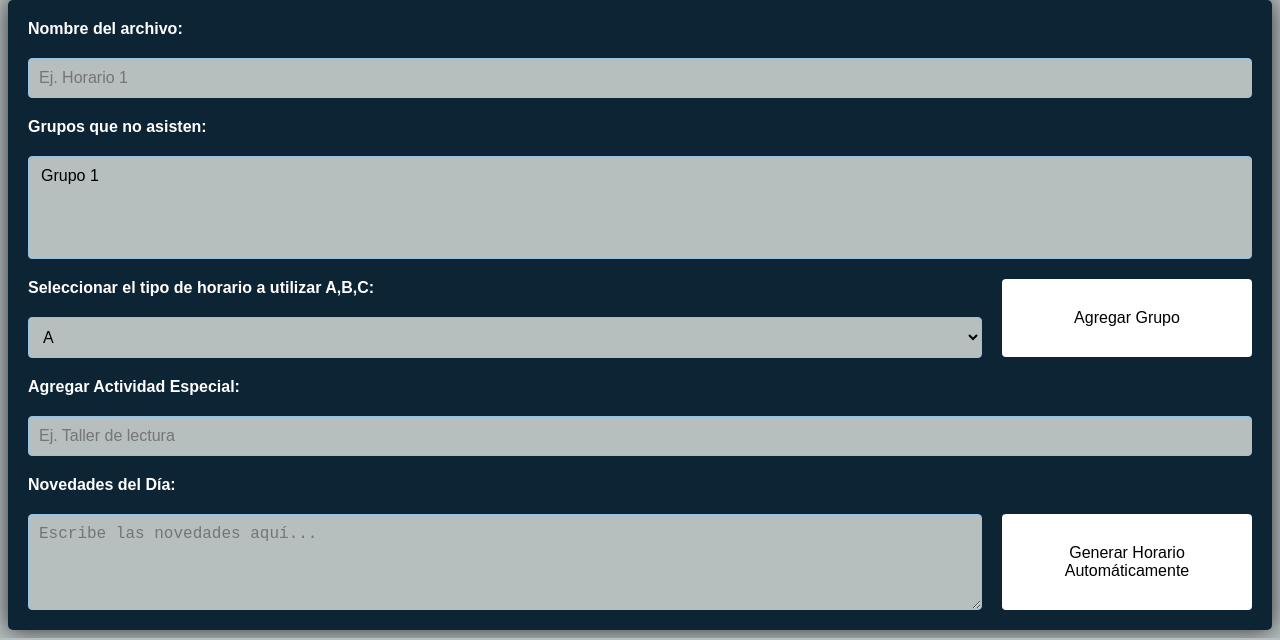
Repository: Shyk0/Zeitplan
Page: FormularioMaterias_page.html
The author's editor kept a copy of each file at every save. The page is drawn from the files as they stood at one save, then again after the next save.
The browser window is 1280 px wide. The pictures show the part of the page from y = 248 to 906 px (the page is 888 px tall before and 906 px after).

Above is the page before, as saved 2024-11-07 13:11:12.

### FormularioMaterias_page.html
<!DOCTYPE html>
<html lang="es">
<head>
    <meta charset="UTF-8">
    <meta name="viewport" content="width=device-width, initial-scale=1.0">
    <title>Formulario de Creación de Horarios</title>

    <link rel="stylesheet" href="styles/styles_formulario_page.css">
</head>
<body>
    <div class ="form-container-arriba"></div>

    <div class="form-container">
        <label for="nomArchivo">Nombre del archivo:</label>
        <input type="text" id="nomArchivo" placeholder="Ej. Horario 1">

        <label for="no-asisten">Grupos que no asisten:</label>
        <select id="no-asisten" multiple>
          <option value="grupo1">Grupo 1</option>
        </select>
        <div id="grupos-container">
            <!-- Contenedor donde se añadirán los nuevos grupos -->
            <label for="horario-ABC">Seleccionar el tipo de horario a utilizar A,B,C:</label>
            <select id="horario-ABC">
              <option value="A">A</option>
              <option value="B">B</option>
            </select>
        </div>

        <button id="agregar-grupo">Agregar Grupo</button>

        <label for="actividad-especial">Agregar Actividad Especial:</label>
        <input type="text" id="actividad-especial" placeholder="Ej. Taller de lectura">

        <label for="novedades">Novedades del Día:</label>
        <textarea id="novedades" rows="4" placeholder="Escribe las novedades aquí..."></textarea>

        <button id="generar-horario">Generar Horario Automáticamente</button>
    </div>

    <!-- Vista Previa -->
    <div class="preview-container" id="preview-container" style="display:none;">
        <h2>Vista Previa del Horario</h2>
        <div id="preview-content">
            <!-- Aquí se llenarán los datos del formulario para vista previa -->
        </div>
    </div>
    <!-- Scripts -->
    <script src="scripts/script_formulario_page.js"></script>
</body>
</html>

### styles/styles_formulario_page.css
:root{
    --color-backgroundForm: #0c2434;
    --color-input: #93c4e6;
    --color-background: #b6bebe;
}

/*Configuracion de letra*/
body {
    font-family: Arial, sans-serif;
    background-position: center;
    margin: 0, auto;
    padding: 0;
    color: #ffff;
    background-color: var(--color-background);
}

.form-container-arriba {
    background-image: url('../assets/Logo_app.svg'); /* direccion de imagen*/
    background-repeat: no-repeat; /*Para que no aparesca duplicada*/
    background-position: center;
    background-size: contain; /* para que solo sea del tamano del contenedor*/
    display: flex;
    flex-wrap: wrap;
    gap: 50px;
    justify-content: space-between;
    padding: 20px;
    max-width: 100%;
    min-height: 200px;
    margin: 0 auto;
}

.form-container {
    /*Ajustes para que el contenedor ocupe el espacio necesario*/
    display: flex;
    flex-wrap: wrap;
    gap: 20px;
    justify-content: space-between;
    padding: 20px;
    max-width: 97%;
    margin: 0 auto;
    border-radius: 5px;
    box-shadow: 0 6px 15px rgba(255, 255, 255, 0.1);
    background-color: var(--color-backgroundForm);
    /* Sombra para navegadores con prefijo -webkit- (Chrome, Safari, Opera, versiones antiguas) */
    -webkit-box-shadow: 0px 0px 23px 0px rgba(0,0,0,0.75);

    /* Sombra para navegadores con prefijo -moz- (Firefox, versiones antiguas) */
    -moz-box-shadow: 0px 0px 23px 0px rgba(0,0,0,0.75);

    /* Sombra para navegadores modernos, sin prefijos */
box-shadow: 0px 0px 23px 0px rgba(0,0,0,0.75);

}


.form-container label, .form-container select, .form-container input, .form-container textarea, .form-container button {
    flex: 75%;
    min-width: 200px;
    font-size: 16px;
}


label {
    font-weight: bold;
}

select, input, textarea {
    padding: 10px;
    border: 1px solid #93c4e6;
    border-radius: 4px;
    width: 100%;
    background: var(--color-background);
}

textarea {
    resize: vertical;
}

button {
    padding: 30px;
    background-color: white;
    border: none;
    border-radius: 4px;
    cursor: pointer;
    font-size: 16px;
    width: auto; /* Cambiado de 100% a auto para que no crezca demasiado */
    min-width: 200px;
    max-width: 250px;
    box-sizing: border-box;
    align-self: flex-start;
}

button:hover {
    background-color: #3498db;
}

/* Estilos para la vista previa */
.preview-container {
    margin: 20px auto;
    padding: 20px;
    max-width: 800px;
    background-color: #3498db;
    border-radius: 8px;
    box-shadow: 0 4px 10px rgba(0, 0, 0, 0.1);
}

.preview-container h2 {
    text-align: center;
    font-size: 22px;
    color: #3498db;
}

.preview-item {
    margin-bottom: 10px;
}

#grupos-container{
    display: flex;
    flex-wrap: wrap; /* Asegura que cada grupo esté en una nueva línea */
    gap: 20px; /* Espacio entre grupos */
    flex-grow: 1; /* Permite que el contenedor crezca, pero no el botón */
}

.boton-agregar {
    flex: 1 1 100%; /* Hace que el botón ocupe todo el ancho */
    display: flex; /* Permite alinear el botón en el centro */
    justify-content: center; /* Centra el botón */
}
.boton-dos {
    flex: 1 1 100%; /* Hace que el botón ocupe todo el ancho */
    display: flex; /* Permite alinear el botón en el centro */
    justify-content: center; /* Centra el botón */
}


@media (max-width: 600px) {
    /*Es para que se pueda visualizar en cualquier ancho de pantalla */
    .form-container {
        flex-direction: column;
    }
}

### scripts/script_formulario_page.js
document.addEventListener('DOMContentLoaded', function() {
    let grupoCounter = 1;

        function agregarGrupo() {
            grupoCounter++;
            const nuevoGrupoId = 'grupo' + grupoCounter;

            // Agrega un nuevo grupo al select 'no-asisten'
            const selectNoAsisten = document.getElementById('no-asisten');
            const newOption = document.createElement('option');
            newOption.value = nuevoGrupoId;
            newOption.text = 'Grupo ' + grupoCounter;
            selectNoAsisten.appendChild(newOption);

            // Crea un nuevo div con select de materias para el nuevo grupo
            const nuevoGrupoDiv = document.createElement('div');
            nuevoGrupoDiv.innerHTML = `
                <label for="materias-${nuevoGrupoId}">Materias para Grupo ${grupoCounter}:</label>
                <select id="materias-${nuevoGrupoId}">
                  <option value="matematicas">Matemáticas</option>
                  <option value="ciencias">Ciencias</option>
                </select>
            `;
            document.getElementById('grupos-container').appendChild(nuevoGrupoDiv);
            console.log("FUNCIONA SI FUNCIONA");
    }

        //Llamamos al evento desde aqui sin tener un "onClick" desde el HTML
        document.getElementById('agregar-grupo').addEventListener('click', agregarGrupo);
    // Función para actualizar la vista previa
    function actualizarVistaPrevia() {



        const actividadEspecial = document.getElementById('actividad-especial').value;
        const novedades = document.getElementById('novedades').value;

        const previewContent = document.getElementById('preview-content');
        previewContent.innerHTML = '';

        if (noAsisten.length > 0) {
            const noAsistenDiv = document.createElement('div');
            noAsistenDiv.classList.add('preview-item');
            noAsistenDiv.innerHTML = `<strong>Grupos que no asisten:</strong> ${noAsisten.join(', ')}`;
            previewContent.appendChild(noAsistenDiv);
        }

        for (let i = 1; i <= grupoCounter; i++) {
            const grupoId = 'grupo' + i;
            if (!noAsisten.includes(`Grupo ${i}`)) {
                const materiaGrupo = document.getElementById(`materias-${grupoId}`).value;
                const materiaDiv = document.createElement('div');
                materiaDiv.classList.add('preview-item');
                materiaDiv.innerHTML = `<strong>Materias para Grupo ${i}:</strong> ${materiaGrupo}`;
                previewContent.appendChild(materiaDiv);
            }
        }

        if (actividadEspecial) {
            const actividadDiv = document.createElement('div');
            actividadDiv.classList.add('preview-item');
            actividadDiv.innerHTML = `<strong>Actividad Especial:</strong> ${actividadEspecial}`;
            previewContent.appendChild(actividadDiv);
        }

        if (novedades) {
            const novedadesDiv = document.createElement('div');
            novedadesDiv.classList.add('preview-item');
            novedadesDiv.innerHTML = `<strong>Novedades del Día:</strong> ${novedades}`;
            previewContent.appendChild(novedadesDiv);
        }

        document.getElementById('preview-container').style.display = 'block';
    }

    // Función para deshabilitar materias si el grupo no asiste
    function actualizarMaterias() {
        const noAsisten = Array.from(document.getElementById('no-asisten').selectedOptions).map(option => option.value);

        for (let i = 1; i <= grupoCounter; i++) {
            const grupoId = 'materias-grupo' + i;
            const grupoMaterias = document.getElementById(grupoId);

            if (grupoMaterias) {
                if (noAsisten.includes('grupo' + i)) {
                    grupoMaterias.disabled = true;
                } else {
                    grupoMaterias.disabled = false;
                }
            }
        }
    }

    // Inicializar Select2 para el campo de selección múltiple

    });

After the next save:
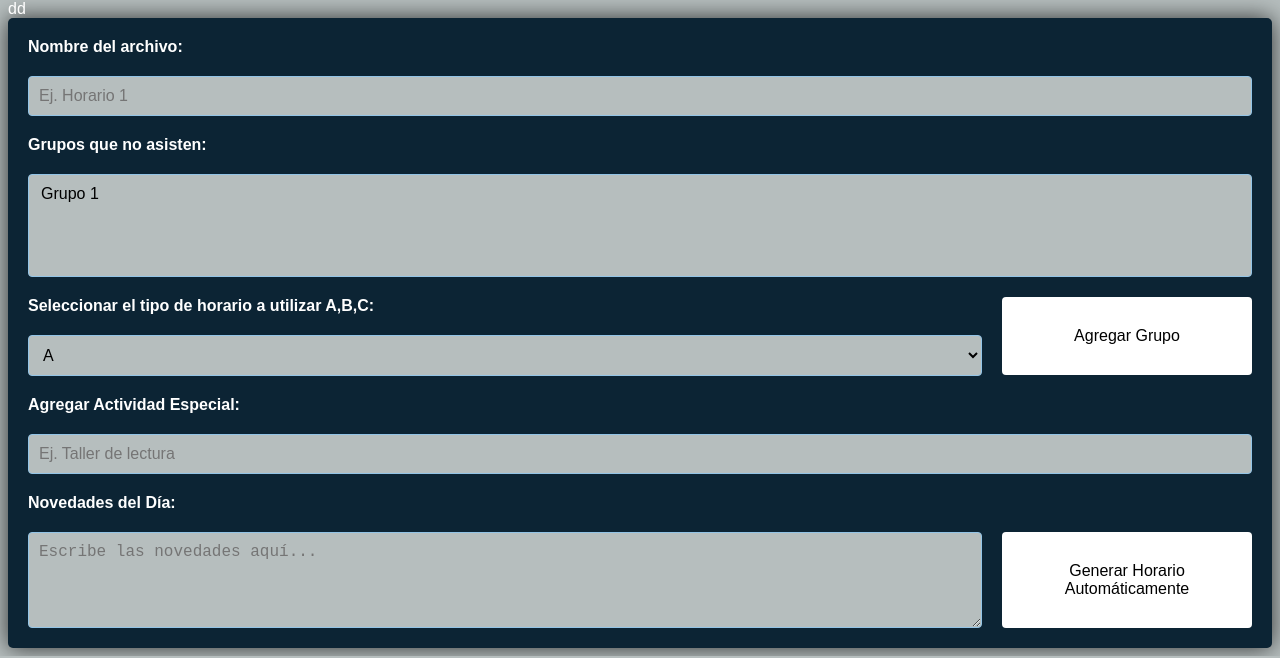
Saved 4 min 34 s later.
--- a/FormularioMaterias_page.html
+++ b/FormularioMaterias_page.html
@@ -9,6 +9,7 @@
 </head>
 <body>
     <div class ="form-container-arriba"></div>
+    <div>dd</div>
 
     <div class="form-container">
         <label for="nomArchivo">Nombre del archivo:</label>
@@ -48,4 +49,5 @@
     <!-- Scripts -->
     <script src="scripts/script_formulario_page.js"></script>
 </body>
+<!--ahhhh probando -->
 </html>

After the save that followed:
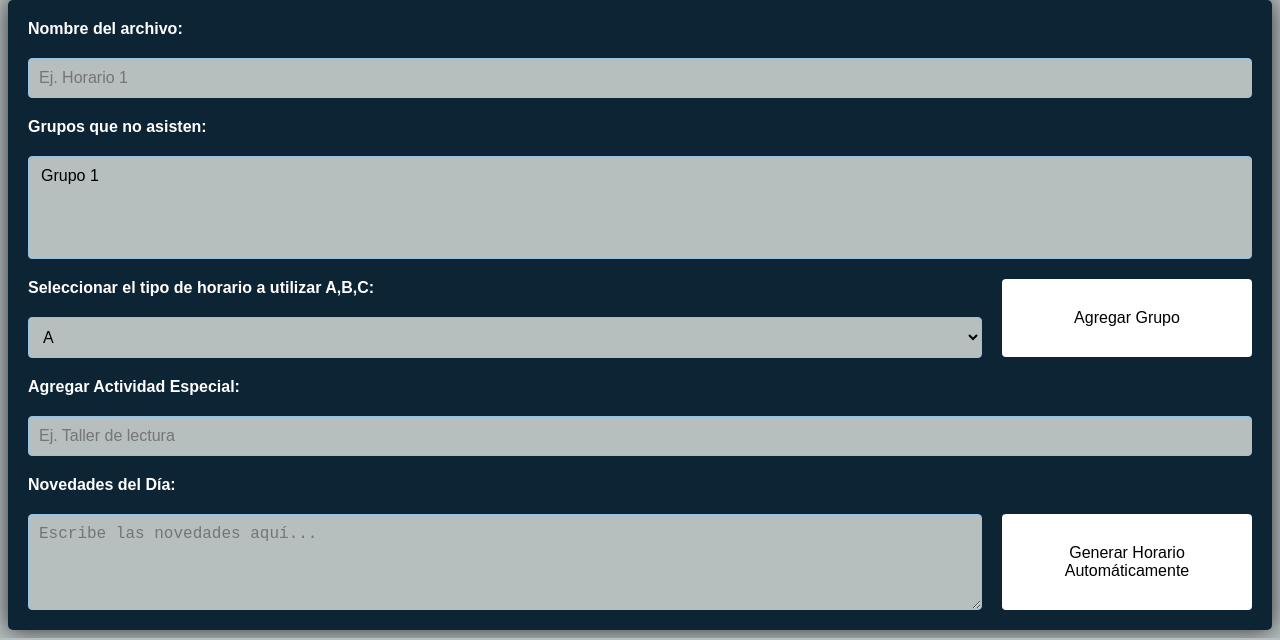
Saved 42 s later.
--- a/FormularioMaterias_page.html
+++ b/FormularioMaterias_page.html
@@ -9,7 +9,6 @@
 </head>
 <body>
     <div class ="form-container-arriba"></div>
-    <div>dd</div>
 
     <div class="form-container">
         <label for="nomArchivo">Nombre del archivo:</label>
